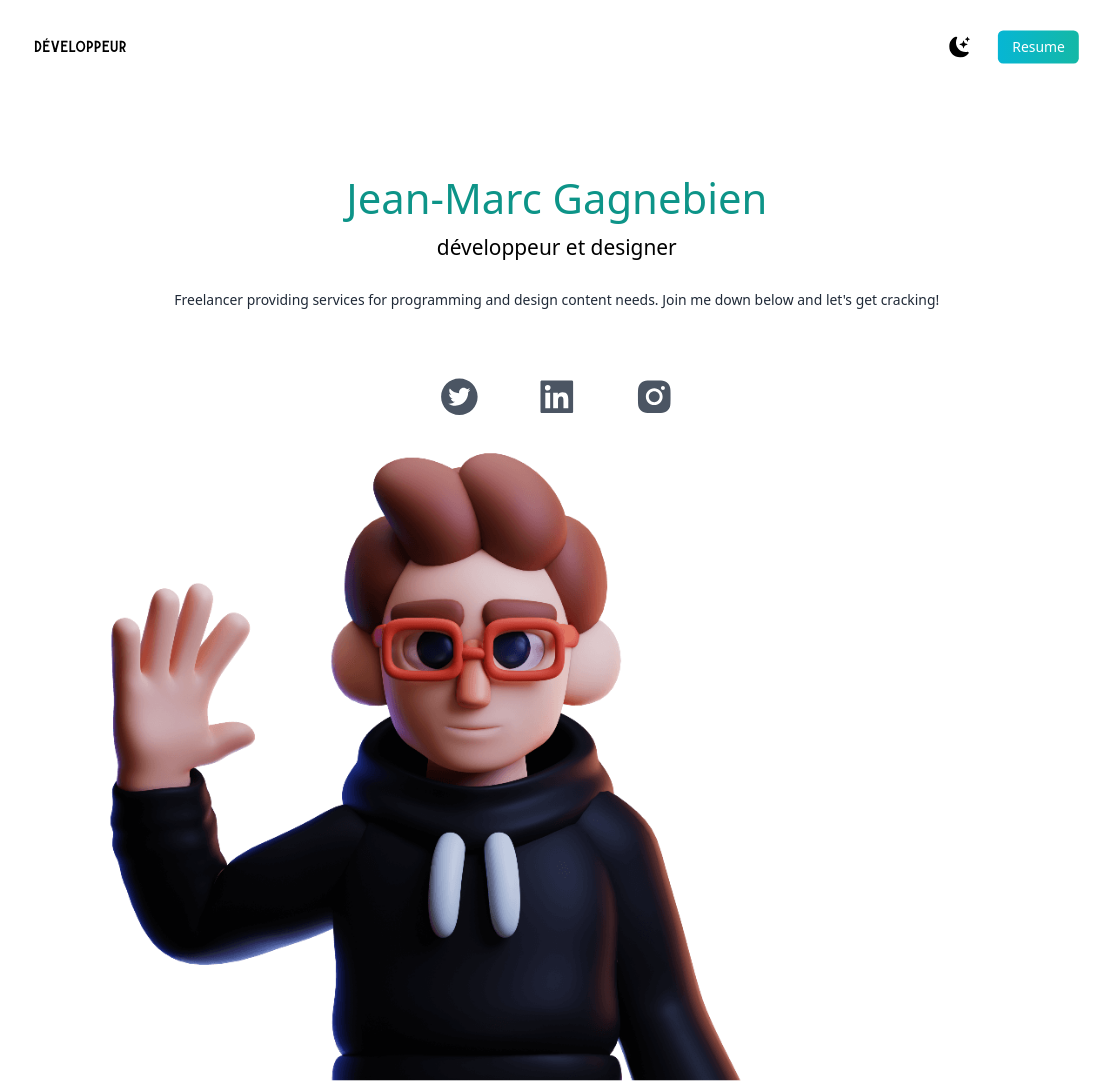
Repository: Jean-MarcG/portfoli_next
Page: /
These files come from the project's save history. The page is drawn as it stood at one moment and after the next save; the edit follows.
The browser window is 1280 px wide. The pictures show the whole page, at 87% of full size.
The project was rebuilt for these pictures with package versions that can differ from the ones it lists, and the page was loaded fresh each time. The framework's server and built-in components were replaced by stand-ins that run in the browser. Also part of the build but not shown: next.config.js.

Above is the page before, as saved 2023-04-01 17:36:23.

After the next save:
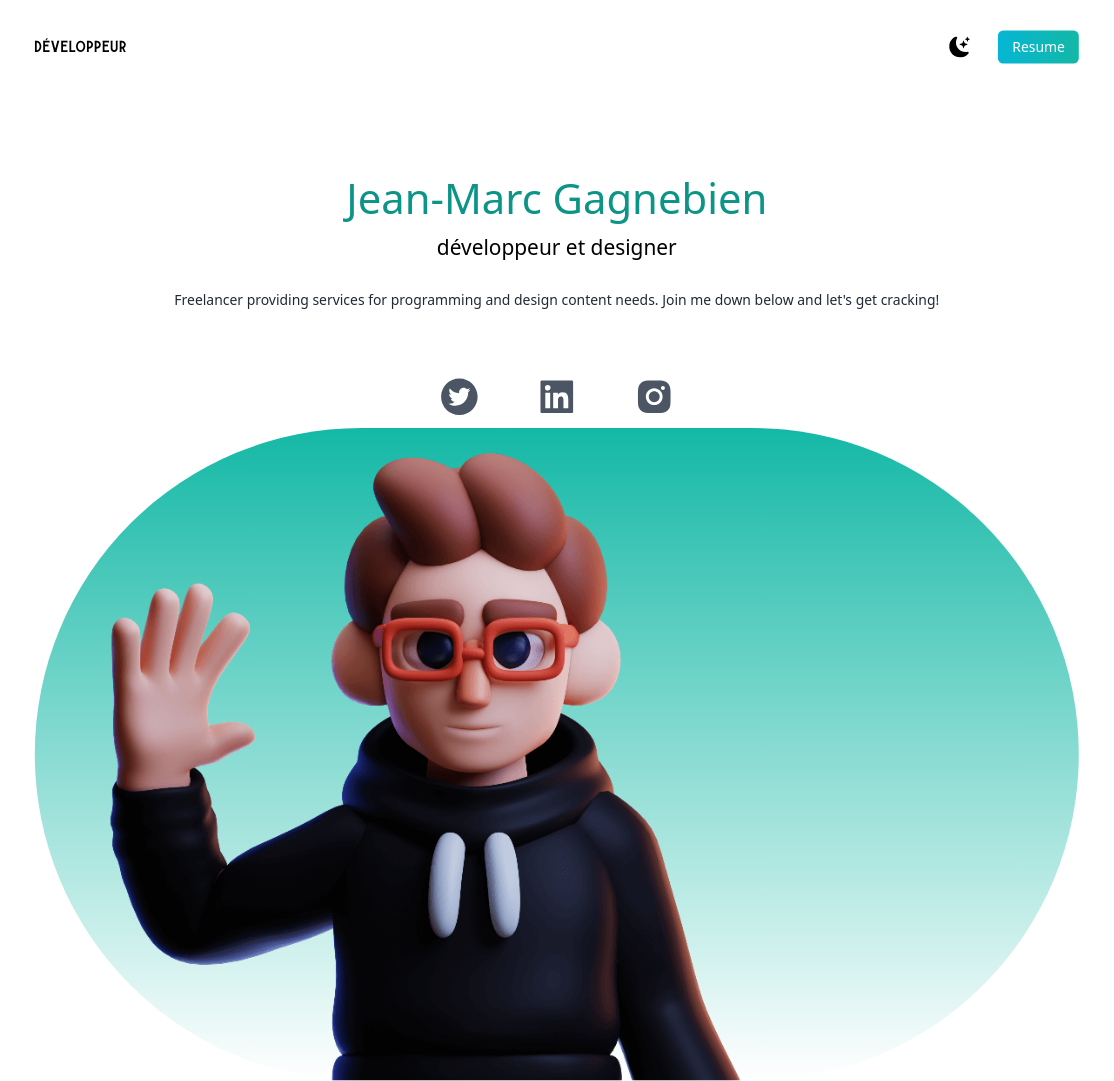
Saved 62 s later.
--- a/pages/index.js
+++ b/pages/index.js
@@ -37,8 +37,8 @@
             <AiFillInstagram />
           </div>
           <div>
-            <div className=''>
-              <Image src={deved}/>
+            <div className='relative bg-gradient-to-b from-teal-500 rounded-full '>
+              <Image src={deved} />
             </div>
           </div>
         </section>
